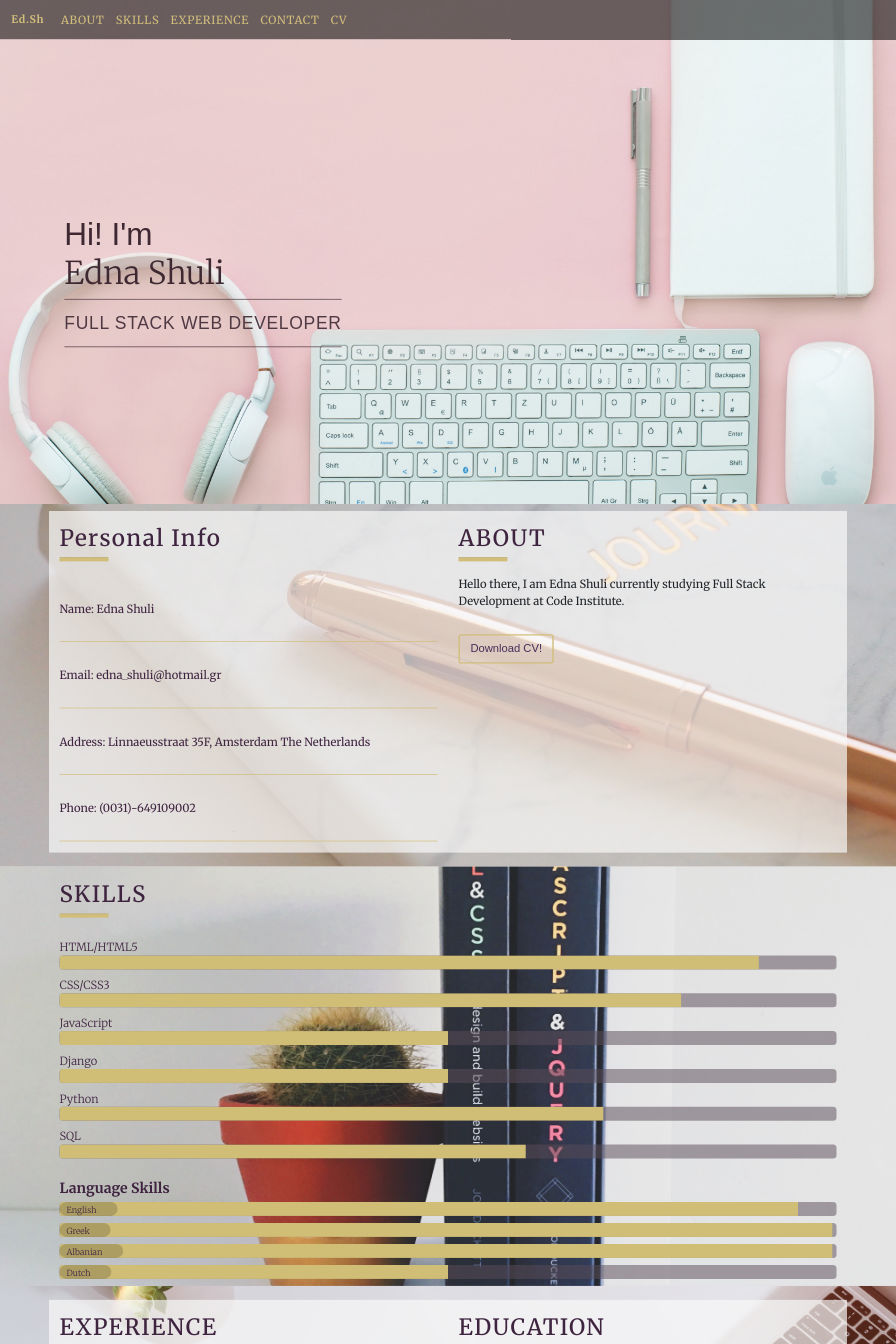
Repository: edshuli/Portfolio
Page: index.html
The author's editor kept a record of every edit. The page is drawn from the files as they stood at one moment, then again after the next edit.
The browser window is 1280 px wide. The pictures show the part of the page from y = 0 to 1920 px (the page is 3047 px tall), at 70% of full size.
Backgrounds fixed to the window are drawn as part of the page. Some web fonts or font styles are not loaded; a fallback is used.

Above is the page before.

### index.html
<!DOCTYPE html>
<html lang="en">

<head>
    <meta charset="UTF-8">
    <meta name="viewport" content="width=device-width, initial-scale=1.0">
    <meta http-equiv="X-UA-Compatible" content="ie=edge">
    <link rel="stylesheet" href="https://stackpath.bootstrapcdn.com/bootstrap/4.3.1/css/bootstrap.min.css" type="text/css" />
    <link rel="stylesheet" href="https://maxcdn.bootstrapcdn.com/font-awesome/4.7.0/css/font-awesome.min.css" type="text/css" />
    <link rel="stylesheet" href="https://cdnjs.cloudflare.com/ajax/libs/hover.css/2.3.1/css/hover-min.css" type="text/css" />
    <link rel="stylesheet" href="assets/css/style.css" type="text/css" />
    <title>Edna Shuli - Full Stack Web Developer</title>
</head>

<body>

    <div class="container-fluid navbar-menu">
        <div class="row">
            <div class="col-12">
                <!-- NAVBAR -->
                <nav class="navbar navbar-expand-sm fixed-top navbar-light ">
                    <a href="index.html" class="navbar-brand">Ed.Sh</a>
                    <button class="navbar-toggler" type="button" data-toggle="collapse" data-target="#menuDropdown" aria-controls="menuDropdown" aria-expanded="false" aria-label="Toggle navigation">
           <span class="navbar-toggler-icon"></span>
       </button>

                    <div id="menuDropdown" class="navbar-collapse collapse">
                        <ul class="navbar-nav mr-auto">
                            <li><a class="nav-link text-uppercase" href="#about">about</a></li>
                            <li><a class="nav-link text-uppercase" href="#skills">skills</a></li>
                            <li><a class="nav-link text-uppercase" href="#experience">experience</a></li>
                            <li><a class="nav-link text-uppercase" href="#contact">contact</a></li>
                            <li><a class="nav-link text-uppercase" target="_blank" href="assets/cv/Edna-Shuli-Curriculum-Vitae.pdf">cv</a></li>
                        </ul>
                    </div>
            </div>
        </div>
        </nav>
    </div>
    <div class="container-fluid homepage-container ">
        <div class="row">
            <div class="col">
                <div class="jumbotron ">
                    <h1 class="header">Hi! I'm </br><span class="name">
            Edna Shuli</span></h1>
                    <p class="title">Full Stack Web Developer</p>
                </div>
            </div>
        </div>
    </div>



    <!-- ABOUT ME -->
    <section class="aboutme" id="about">
        <div class="container aboutme-container">
            <div class="row">
                <div class="col-md-6 personalinfo-container">
                    <div class="personal-info">
                        <h2 class="uppercase">Personal Info</h2>
                        <hr class="title-divider">
                        <ul>
                            <li>Name: Edna Shuli</li>
                            <li>Email: <a href="mailto:edna_shhuli@hotmail.gr">edna_shuli@hotmail.gr</a></li>
                            <li>Address: Linnaeusstraat 35F, Amsterdam The Netherlands</li>
                            <li>Phone: (0031)-649109002</li>
                        </ul>
                    </div>
                </div>
                <div class="col-md-6 about-container">
                    <h2 class="text-uppercase">About</h2>
                    <hr class="title-divider">
                    <div class="aboutitem">
                        <p>Hello there, I am Edna Shuli currently studying Full Stack Development at Code Institute.
                        </p>
                    </div>
                    <a href="assets/cv/Edna-Shuli-Curriculum-Vitae.pdf" target="_blank"><button class="btn" >Download CV!</button></a>
                </div>
            </div>
        </div>
    </section>



    <!-- Skills -->

    <section class="skills" id="skills">
        <div class="container skills-container">
            <div class="row">
                <div class="col">
                    <h2 class="text-uppercase">Skills</h2>
                    <hr class="title-divider">
                </div>
            </div>
            <div class="skills-item-container">
                <div class="row ">
                    <div class="col">
                        <div class="skill-item-desc">HTML/HTML5</div>
                        <div class="progress">
                            <div class="progress-bar" role="progressbar" aria-valuenow="90" aria-valuemin="0" aria-valuemax="100" style="width:90%">
                                <span class="sr-only">90% complete</span>
                            </div>
                        </div>
                        <div class="skill-item-desc">CSS/CSS3</div>
                        <div class="progress">
                            <div class="progress-bar" role="progressbar" aria-valuenow="80" aria-valuemin="0" aria-valuemax="100" style="width:80%">
                                <span class="sr-only">80% complete</span>
                            </div>
                        </div>
                        <div class="skill-item-desc">JavaScript</div>
                        <div class="progress">
                            <div class="progress-bar" role="progressbar" aria-valuenow="50" aria-valuemin="0" aria-valuemax="100" style="width:50%">
                                <span class="sr-only">50% complete</span>
                            </div>
                        </div>
                        <div class="skill-item-desc">Django</div>
                        <div class="progress">
                            <div class="progress-bar" role="progressbar" aria-valuenow="50" aria-valuemin="0" aria-valuemax="100" style="width:50%">
                                <span class="sr-only">50% complete</span>
                            </div>
                        </div>
                        <div class="skill-item-desc">Python</div>
                        <div class="progress">
                            <div class="progress-bar" role="progressbar" aria-valuenow="70" aria-valuemin="0" aria-valuemax="100" style="width:70%">
                                <span class="sr-only">70% complete</span>
                            </div>
                        </div>
                        <div class="skill-item-desc">SQL</div>
                        <div class="progress">
                            <div class="progress-bar" role="progressbar" aria-valuenow="60" aria-valuemin="0" aria-valuemax="100" style="width:60%">
                                <span class="sr-only">60% complete</span>
                            </div>
                        </div>
                    </div>
                </div>
            </div>
            <div class="language-container">
                <div class="row">
                    <div class="col">
                        <h3>Language Skills</h3>
                        <div class="progress">
                            <div class="progress-bar" role="progressbar" aria-valuenow="95" aria-valuemin="0" aria-valuemax="100" style="width:95%">
                                <span class="sr-only">95% complete</span>
                            </div>
                            <span class="progress-item">English</span>
                        </div>
                        <div class="progress">
                            <div class="progress-bar" role="progressbar" aria-valuenow="99.5" aria-valuemin="0" aria-valuemax="100" style="width:99.5%">
                                <span class="sr-only">99.5% complete</span>
                            </div>
                            <span class="progress-item">Greek</span>
                        </div>

                        <div class="progress">
                            <div class="progress-bar" role="progressbar" aria-valuenow="99.5" aria-valuemin="0" aria-valuemax="100" style="width:99.5%">
                                <span class="sr-only">99.5% complete</span>
                            </div>
                            <span class="progress-item">Albanian</span>
                        </div>

                        <div class="progress">
                            <div class="progress-bar" role="progressbar" aria-valuenow="50" aria-valuemin="0" aria-valuemax="100" style="width:50%">
                                <span class="sr-only">50% complete</span>
                            </div>
                            <span class="progress-item">Dutch</span>
                        </div>
                    </div>
                </div>
            </div>
        </div>
    </section>



    <!-- Experience/Education -->
    <section class="info" id="experience">
        <div class="container container-info">
            <div class="row">
                <div class="col-md-6 experience-container">
                    <h2 class="text-uppercase history-heading">Experience</h2>
                    <hr class="title-divider">
                    <div class="history-items">
                        <div class="timeline-item" data-dates="10/2011 - 03/2013">
                            <h7>Mark One Store</h7>
                            <p>Sales Representative</p>
                        </div>
                        <div class="timeline-item" data-dates="09/2013 - 11/2014">
                            <h7>Altec Intergation, SA</h7>
                            <p>IT Help Desk</p>
                        </div>
                        <div class="timeline-item" data-dates="01/2015 – 9/2017">
                            <h7>Clap The Restaurant</h7>
                            <p>Event Coordinator</p>
                        </div>
                        <div class="timeline-item" data-dates="12/2017 - 08/2018">
                            <h7>Ikaros Travel</h7>
                            <p>Travel Manager</p>
                        </div>
                        <div class="timeline-item" data-dates="09/2018  - 05/2019">
                            <h7>Double Tree by Hilton</h7>
                            <p>Supervisor Meetings and Events</p>
                        </div>
                    </div>
                </div>
                <div class="col-md-6 education-container">
                    <h2 class="text-uppercase edu-heading">Education</h2>
                    <hr class="title-divider">
                    <div class="edu-history">
                        <div class="timeline-item" data-dates="2010 - 2014">
                            <h7>Technological Educational Institute of Chalkis </h7>
                            <p>Automation and IT Engineer</p>
                        </div>
                        <div class="timeline-item" data-dates="2017 - 2018">
                            <h7>Ashdown Academy</h7>
                            <p>Event Managment/ Communication and Marketing</p>
                        </div>
                        <div class="timeline-item" data-dates="2019 - present">
                            <h7>Code Institute</h7>
                            <p>Full Stack Web Developer</p>
                        </div>
                    </div>
                </div>
            </div>
        </div>
    </section>



    <!-- Contact -->
    <section class="contact" id="contact">
        <div class="container contact-container ">
            <div class="row contact-form">
                <div class="col position-contact">
                    <h2 class="text-uppercase contac-header">Contact</h2>
                    <hr class="title-divider">
                    <p class="contact-text">Do you want to work together? Then hurry up and send me an email!!!</p>
                    <div class="center-form">
                        <form>
                            <div class="contact-item">
                                <input type="text" name="name" id="fullname" class="form-control" placeholder="Name" required/>
                            </div>
                            <div class="contact-item">
                                <input type="text" name="phone" id="phonenumber" class="form-control" placeholder="Phone" required />
                            </div>
                            <div class="contact-item">
                                <input type="text" name="email" id="emailaddress" class="form-control" placeholder="Email" required/>
                            </div>
                            <div class="contact-item">
                                <textarea rows="5" name="projectsummary" id="projectsummary" class="form-control" placeholder="Message" required></textarea>
                            </div>
                            <div class="row text-center">
                                <div class="col">
                                    <button class="btn">READY? GO!</button>
                                </div>
                            </div>
                        </form>
                    </div>
                </div>
            </div>
        </div>
    </section>

    <footer>
        <div class="container footer-container">
            <div class="row">
                <div class="col-xs-12 col-xs-12 icons">
                    <a href="assets/cv/Edna-Shuli-Curriculum-Vitae.pdf" target="_blank"><i class="fa fa-download" aria-hidden="true"></i></a>
                    <a href="https://linkedin.com/in/edna-shuli-49142888" target="_blank"><i class="fa fa-linkedin" aria-hidden="true"></i></a>
                    <a href="https://github.com/edshuli" target="_blank"><i class="fa fa-github" aria-hidden="true"></i></a>
                    <a href="https://www.instagram.com/dido_edna/?hl=el" target="_blank"><i class="fa fa-instagram" aria-hidden="true"></i></a>
                </div>
            </div>
        </div>
    </footer>

    <script src="https://code.jquery.com/jquery-3.3.1.slim.min.js" integrity="sha384-q8i/X+965DzO0rT7abK41JStQIAqVgRVzpbzo5smXKp4YfRvH+8abtTE1Pi6jizo" crossorigin="anonymous"></script>
    <script src="https://cdnjs.cloudflare.com/ajax/libs/popper.js/1.14.7/umd/popper.min.js" integrity="sha384-UO2eT0CpHqdSJQ6hJty5KVphtPhzWj9WO1clHTMGa3JDZwrnQq4sF86dIHNDz0W1" crossorigin="anonymous"></script>
    <script src="https://stackpath.bootstrapcdn.com/bootstrap/4.3.1/js/bootstrap.min.js" integrity="sha384-JjSmVgyd0p3pXB1rRibZUAYoIIy6OrQ6VrjIEaFf/nJGzIxFDsf4x0xIM+B07jRM" crossorigin="anonymous"></script>
</body>


</html>

Loaded but not shown: assets/css/style.css (518 lines, source omitted)

After the next edit:
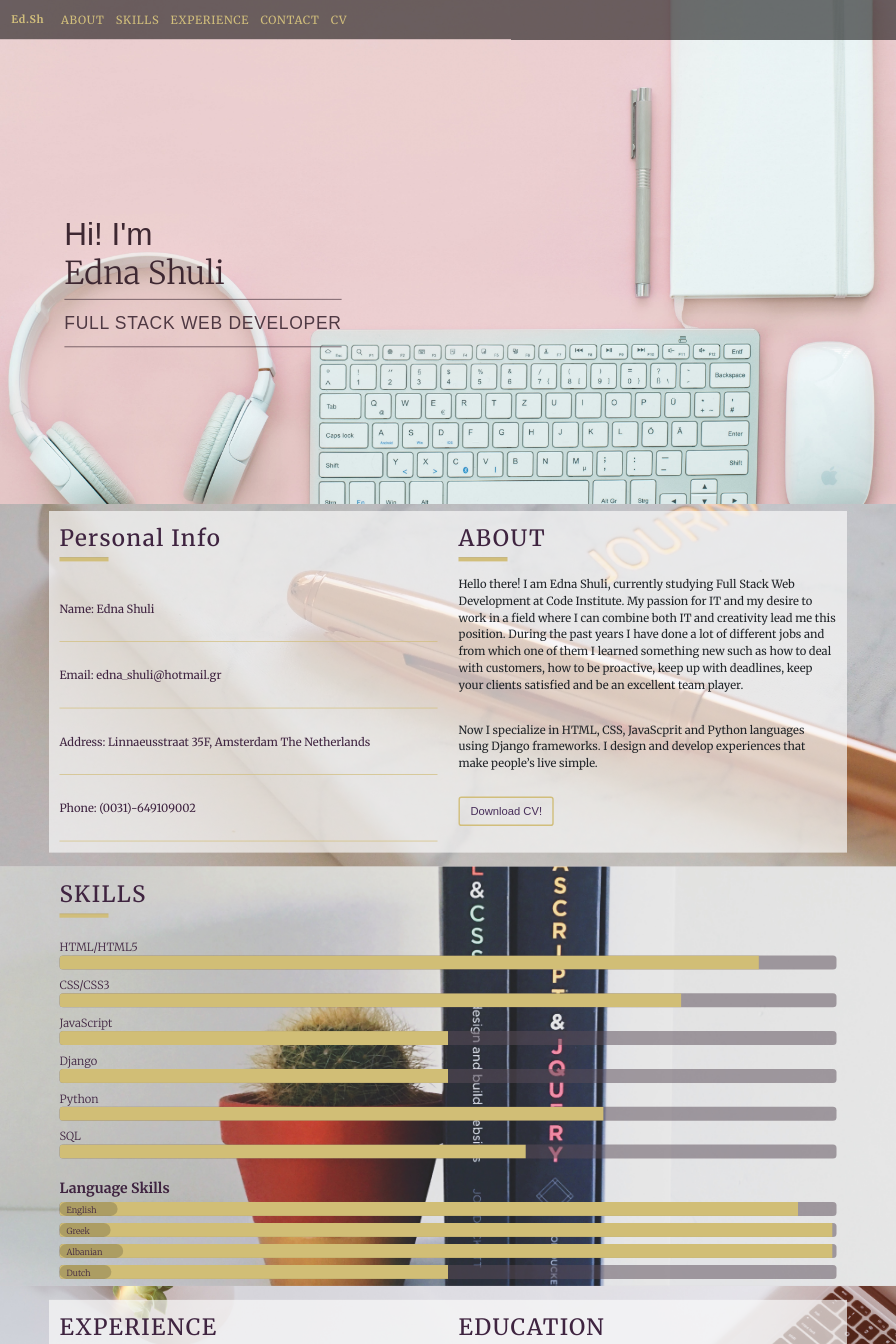
The edit:
--- a/index.html
+++ b/index.html
@@ -71,7 +71,12 @@
                     <h2 class="text-uppercase">About</h2>
                     <hr class="title-divider">
                     <div class="aboutitem">
-                        <p>Hello there, I am Edna Shuli currently studying Full Stack Development at Code Institute.
+                        <p>Hello there! I am Edna Shuli, currently studying Full Stack Web Development at Code Institute. My passion for IT and my desire to work in a field where I can combine both IT and creativity lead me this position. During the past
+                            years I have done a lot of different jobs and from which one of them I learned something new such as how to deal with customers, how to be proactive, keep up with deadlines, keep your clients satisfied and be an excellent team
+                            player.</p>
+                            </br>
+                            <p>Now I specialize in HTML, CSS, JavaScprit and Python languages using Django frameworks. I design and develop experiences that make people’s live simple.
+
                         </p>
                     </div>
                     <a href="assets/cv/Edna-Shuli-Curriculum-Vitae.pdf" target="_blank"><button class="btn" >Download CV!</button></a>
